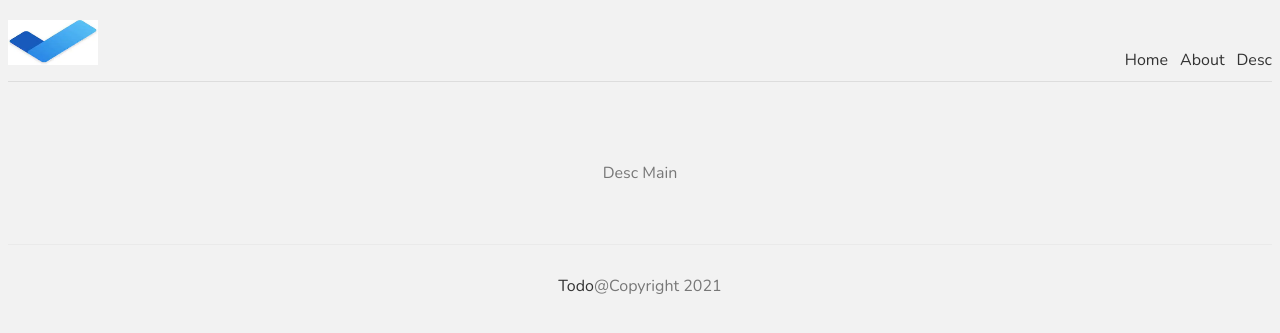
Repository: AmulyaReddy99/todolist-nextjs
Page: /desc
The author's editor kept a copy of each file at every save. The page is drawn from the files as they stood at one save, then again after the next save.
The browser window is 1280 px wide. The pictures show the whole page.
The project was rebuilt for these pictures with package versions that can differ from the ones it lists, and the page was loaded fresh each time. The framework's server and built-in components were replaced by stand-ins that run in the browser. Also part of the build but not shown: next.config.js.

Above is the page before, as saved 2021-07-26 15:10:27.

After the next save:
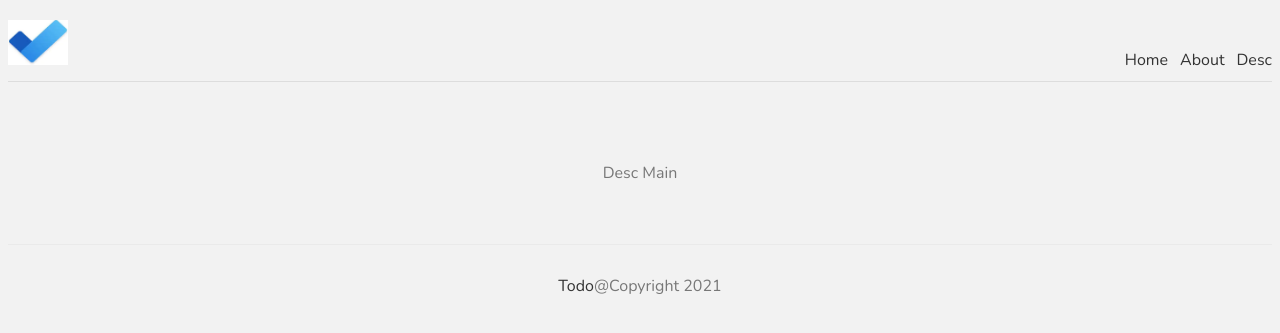
Saved 12 s later.
--- a/comps/header.js
+++ b/comps/header.js
@@ -6,7 +6,7 @@
         <div>
             <nav>
                 <div className="logo">
-                    <Image src="/logo.png" width={90} height={45} />
+                    <Image src="/logo.png" width={60} height={45} />
                 </div>
                 <Link href="/">Home</Link>
                 <Link href="/about">About</Link>
